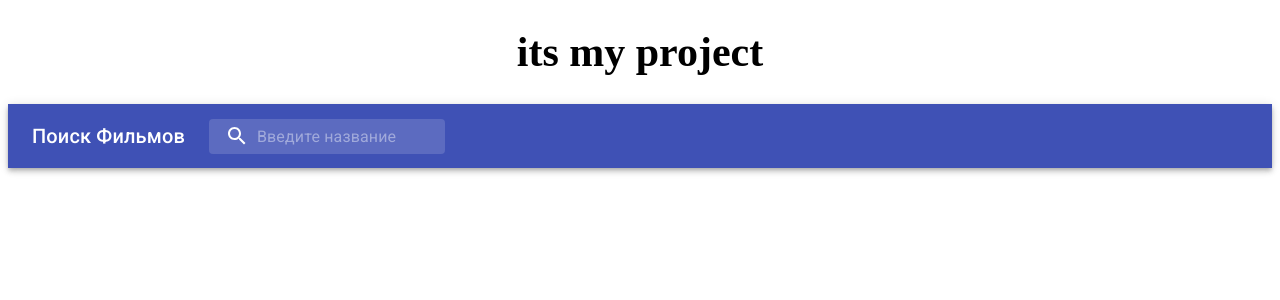
Repository: Hansol46/Films-archive
Page: /
An editor plug-in stored every save of this project. The page is shown before and after the next save, followed by the edit.
The browser window is 1280 px wide. The pictures show the whole page.
The page's requests for data from a server got no answer. The project was rebuilt for these pictures with package versions that can differ from the ones it lists, and the page was loaded fresh each time. No one was signed in, and anything a server would have sent is missing. Also part of the build but not shown: webpack.config.js.

Above is the page before, as saved 2020-09-25 01:26:10.

After the next save:
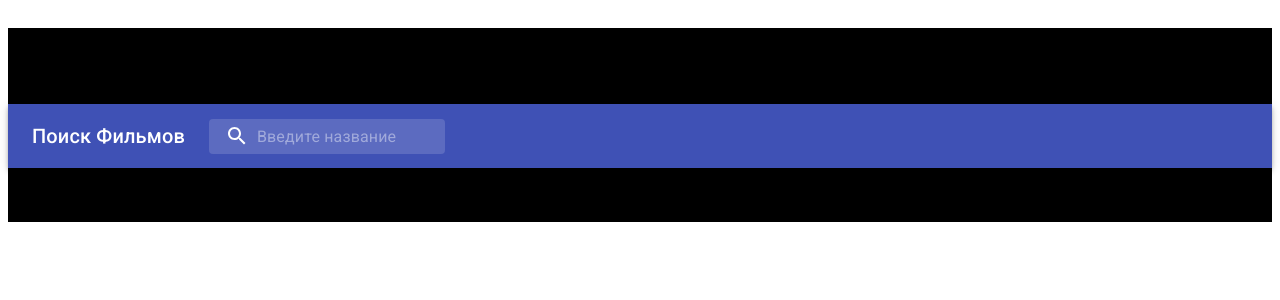
Saved 11 s later.
--- a/src/styles/App.css
+++ b/src/styles/App.css
@@ -3,3 +3,6 @@
     text-align: center;
     font-size: 42px;
 }
+.main {
+    background-color: black;
+}
